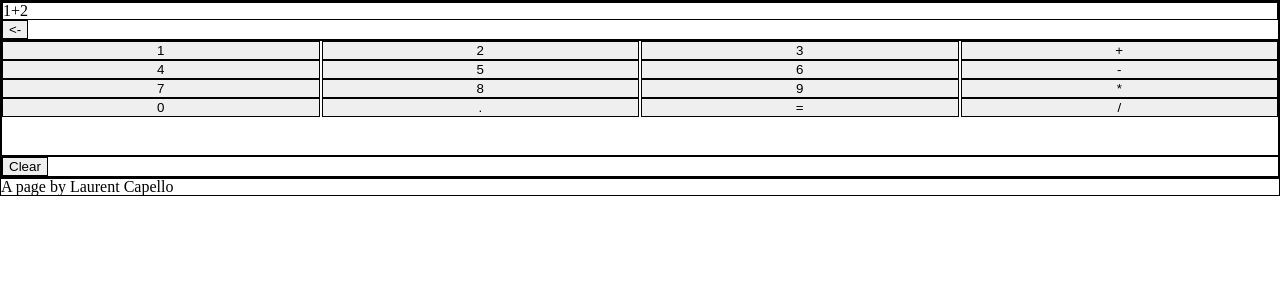
Repository: sokafootball/js-calculator
Page: index.html
These files come from the project's save history. The page is drawn as it stood at one moment and after the next save; the edit follows.
The browser window is 1280 px wide. The pictures show the whole page.

Above is the page before, as saved 2020-04-25 11:15:59.

### index.html
<html>
<head>
  <link rel="stylesheet" type="text/css" href="reset.css">
  <link rel="stylesheet" type="text/css" href="style.css">
  <link rel="stylesheet" type="text/css" href="wireframe.css">
</head>
<body>
<main id="main">
  <div id="calculator">
    <div id="calc-top">
      <div id="display">1+2</div>
      <button id="backspace" class="button"><-</button>
    </div>
    <div id="calc-mid">
      <button class="button">1</button>
      <button class="button">2</button>
      <button class="button">3</button>
      <button class="button">+</button>
      <button class="button">4</button>
      <button class="button">5</button>
      <button class="button">6</button>
      <button class="button">-</button>
      <button class="button">7</button>
      <button class="button">8</button>
      <button class="button">9</button>
      <button class="button">*</button>
      <button class="button">0</button>
      <button class="button">.</button>
      <button class="button">=</button>
      <button class="button">/</button>
    </div>
    <div id="calc-bottom">
      <button class="button">Clear</button>
    </div>
  </div>
</main>
<footer>
  <p>A page by <span id="signature">Laurent Capello</span></p>
</footer>
<script type="text/javascript" src="script.js"></script>
</body>
</html>

### style.css
#calc-mid{
  column-gap: 2px;
  display: grid;
  grid-template-columns: repeat(3, 1fr) [num-col-end] 1fr;
  grid-template-rows: 1fr [num-row-start] repeat(4, 1fr) [num-row-end] 1fr
}

### wireframe.css
button, div, p {
  border: 1px solid black;
}

Loaded but not shown: reset.css (common file); script.js (no copy from this time; the picture is the same without it)

After the next save:
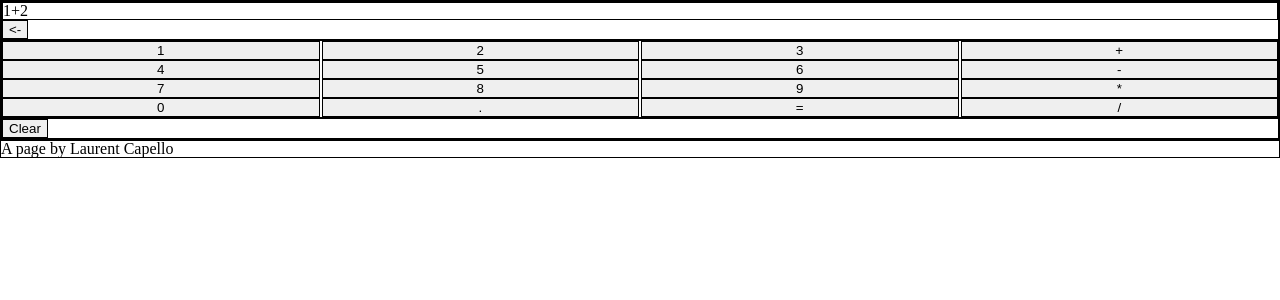
Saved 95 s later.
--- a/style.css
+++ b/style.css
@@ -3,4 +3,6 @@
   display: grid;
   grid-template-columns: repeat(3, 1fr) [num-col-end] 1fr;
   grid-template-rows: 1fr [num-row-start] repeat(4, 1fr) [num-row-end] 1fr
+  grid-template-areas:
+    "display display display backspace";
 }

After the 3 saves that followed:
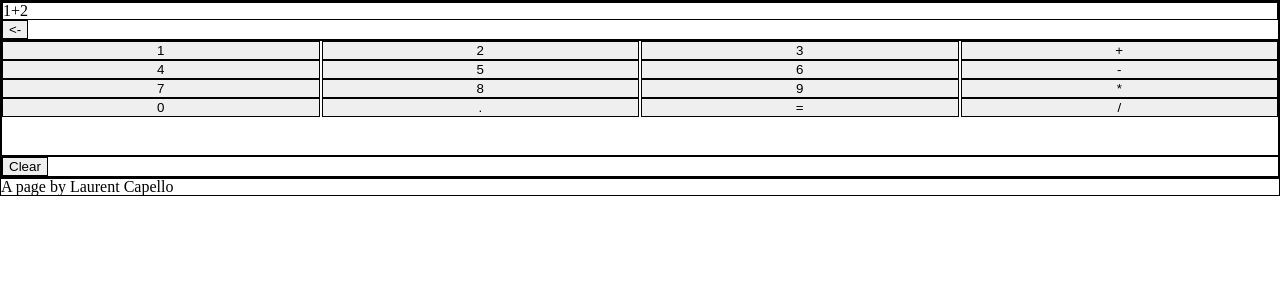
The 3 saves are shown as one change because 2 left the picture as it was.
The last was saved 82 s later.
--- a/style.css
+++ b/style.css
@@ -2,7 +2,12 @@
   column-gap: 2px;
   display: grid;
   grid-template-columns: repeat(3, 1fr) [num-col-end] 1fr;
-  grid-template-rows: 1fr [num-row-start] repeat(4, 1fr) [num-row-end] 1fr
+  grid-template-rows: 1fr [num-row-start] repeat(4, 1fr) [num-row-end] 1fr;
   grid-template-areas:
-    "display display display backspace";
+    "display display display backspace"
+    "nums nums nums operators"
+    "nums nums nums operators"
+    "nums nums nums operators"
+    "nums nums nums operators"
+    ". clear clear .";
 }
